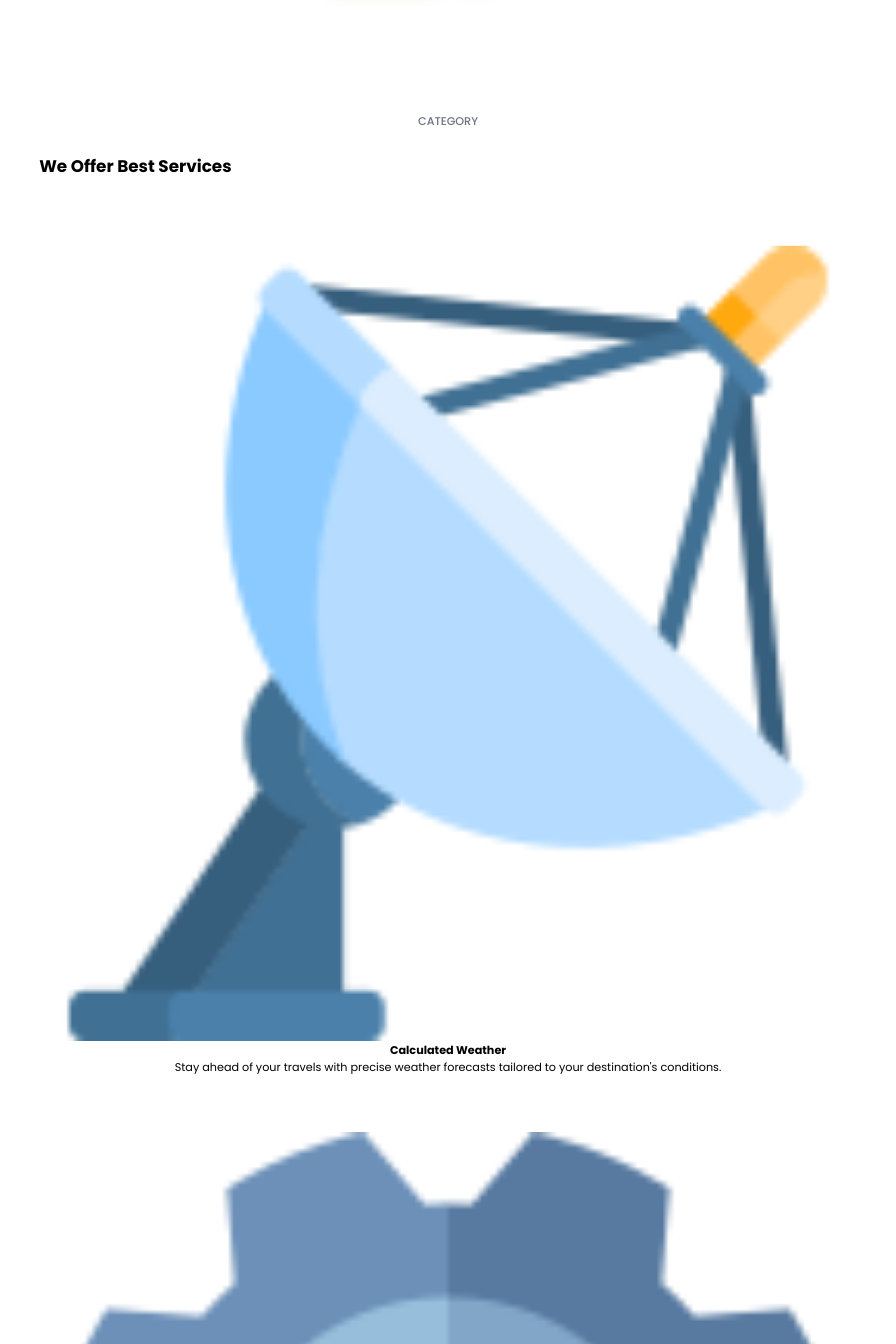
Repository: ntandomagana/travel-website
Page: index.html
The author's editor kept a copy of each file at every save. The page is drawn from the files as they stood at one save, then again after the next save.
The browser window is 1280 px wide. The pictures show the part of the page from y = 1173 to 3093 px (the page is 11423 px tall), at 70% of full size.
The pointer rests on the first visible `.service-card`.

Above is the page before, as saved 2024-05-07 13:19:36.

### index.html
<!DOCTYPE html>
<html lang="en">
  <head>
    <meta charset="UTF-8" />
    <meta name="viewport" content="width=device-width, initial-scale=1.0" />
    <link
      href="https://cdn.jsdelivr.net/npm/remixicon@4.2.0/fonts/remixicon.css"
      rel="stylesheet"
    />
    <link
      rel="stylesheet"
      href="https://cdn.jsdelivr.net/npm/swiper@11/swiper-bundle.min.css"
    />
    <link rel="stylesheet" href="style.css" />
    <title>Travel Website</title>
  </head>
  <body>
    <nav>
      <div class="nav-header">
        <div class="logo">
          <a href="#" class="logo">Travel<span>S</span>.</a>
        </div>
        <div class="nav-menu-btn" id="menu-btn">
          <i class="ri-menu-line"></i>
        </div>
      </div>

      <ul class="nav-links" id="nav-links">
        <li><a href="#home">Home</a></li>
        <li><a href="#service">Services</a></li>
        <li><a href="#destination">Destinations</a></li>
        <li><a href="#trips">Trips</a></li>
        <li><a href="#client">Clients</a></li>
      </ul>
    </nav>

    <header class="section-container header-container" id="home">
      <div class="header-image">
        <img src="assets/header.png" alt="header" />
      </div>
      <div class="header-content">
        <h3 class="section-subheader">BEST DESTINATIONS AROUND THE WORLD</h3>
        <h1>Travel, enjoy and live a new full life</h1>
        <p>
          It's an invitation to break free from the ordinary, immerse yourself
          in diverse cultures, and embrace the beauty of the world around you.
          Let every journey be a chapter in your story of living life to its
          fullest potential.
        </p>
        <div class="header-btns">
          <button class="btn">Find out more</button>
          <a href="#">
            <span><i class="ri-play-fill"></i></span>
            Play Demo
          </a>
        </div>
      </div>
    </header>

    <section class="section-container service-container" id="service">
      <h3 class="section-subheader">CATEGORY</h3>
      <h2 class="section-header">We Offer Best Services</h2>
      <div class="service-grid">
        <div class="service-card">
          <img src="assets/weather.png" alt="service" />
          <h4>Calculated Weather</h4>
          <p>
            Stay ahead of your travels with precise weather forecasts tailored
            to your destination's conditions.
          </p>
        </div>
        <div class="service-card">
          <img src="assets/customisation.png" alt="service" />
          <h4>Customizations</h4>
          <p>
            Tailor your journey with personalized customizations, ensuring every
            detail reflects your unique travel style.
          </p>
        </div>
      </div>
    </section>

    <section class="section-container destination-container" id="destination">
      <h3 class="section-subheader">TOP SELLING</h3>
      <h2 class="section-header">Top Destinations</h2>
      <div class="destination-grid">
        <div class="destination-card">
          <img src="assets/destination-1.jpg" alt="destination" />
          <div class="destination-details">
            <div>
              <h4>Rome, Italy</h4>
              <h4>$5.42k</h4>
            </div>
            <p>
              <span><i class="ri-navigation-fill"></i></span>
              10 days trip
            </p>
          </div>
        </div>
        <div class="destination-card">
          <img src="assets/destination-3.jpg" alt="destination" />
          <div class="destination-details">
            <div>
              <h4>Full Europe</h4>
              <h4>$15k</h4>
            </div>
            <p>
              <span><i class="ri-navigation-fill"></i></span>
              28 Days Trip
            </p>
          </div>
        </div>
      </div>
    </section>

    <section class="section-container trip-container" id="trip">
      <div class="trip-image">
        <img src="assets/trip.png" />
      </div>
      <div class="trip-content">
        <h3 class="section-subheader">EASY & FAST</h3>
        <h2 class="section-header">Book Your Next Trip in 3 Easy Steps</h2>
        <ul class="trip-list">
          <li>
            <span><i class="ri-signpost-line"></i></span>
            <div>
              <h4>Choose Destination</h4>
              <p>
                Choose your dream destination from our curated selection of
                exotic locales, bustling cities, and serene getaways.
              </p>
            </div>
          </li>

          <li>
            <span><i class="ri-secure-payment-line"></i></span>
            <div>
              <h4>Reach Airport on Selected Date</h4>
              <p>
                Prepare for takeoff as you finalize your travel plans, arriving
                at the airport on your selected date ready to embark on your
                next unforgettable journey.
              </p>
            </div>
          </li>
        </ul>
      </div>
    </section>

    <section class="section-container clinet-container" id="client">
      <div class="client-content">
        <h3 class="section-subheader">TESTIMONIALS</h3>
        <h2 class="section-header">What People Say About Us</h2>
      </div>
      <div class="client-swiper">
        <!--Slider main container-->
        <div class="swiper">
          <!--Additional required wrapper-->
          <div class="swiper-wrapper">
            <!--Slides-->
            <div class="swiper-slide">
              <div class="client-card">
                <img src="assets/client-1.jpg" alt="client" />
                <div class="client-card-content">
                  <p>
                    Booking my trips through this platform has been a
                    game-changer! From the intuitive interface to the seamless
                    booking process, I've never felt more excited to explore new
                    destinations.
                  </p>
                  <h4>Emily Watson</h4>
                  <h5>Travel Enthusiast</h5>
                </div>
              </div>
            </div>
            <div class="swiper-slide">
              <div class="client-card">
                <img src="assets/client-2.jpg" alt="client" />
                <div class="client-card-content">
                  <p>
                    As a busy professional, time is of the essence. This website
                    made planning my vacation a breeze, allowing me to focus on
                    what matters most: making memories with my family.
                  </p>
                  <h4>David Nguyen</h4>
                  <h5>Business Executive</h5>
                </div>
              </div>
            </div>

            <div class="swiper-slide">
              <div class="client-card">
                <img src="assets/client-3.jpg" alt="client" />
                <div class="client-card-content">
                  <p>
                    I've been using this service for years, and it never
                    disappoints. The convenience of booking my flights,
                    accommodations, and activities all in one place saves me
                    time and stress every trip.
                  </p>
                  <h4>Michael Johnson</h4>
                  <h5>Frequent Flyer</h5>
                </div>
              </div>
            </div>
          </div>
        </div>
      </div>
    </section>

    <footer class="footer">
      <div class="section-container footer-container">
        <div class="footer-col">
          <div class="footer-logo">
            <a href="#" class="logo">Travel<span>S</span>.</a>
          </div>
          <p>
            Our platform is your passport to seamless adventures, offering a
            curated selection of destinations and a user-friendly booking
            experience.
          </p>
        </div>
        <div class="footer-col">
            <h4>Company</h4>
            <ul class="footer-links">
                <li><a href="#">About</a></li>
                <li><a href="#">Careers</a></li>
                <li><a href="#">Mobile</a></li>
            </ul>
        </div>
        <div class="footer-col">
          <h4>Contact</h4>
          <ul class="footer-links">
            <li><a href="#">Help/FAQ</a></li>
            <li><a href="#">Press</a></li>
            <li><a href="#">Affiliates</a></li>
          </ul>
        </div>
        <div class="footer-col">
          <ul class="footer-socials">
            <li>
              <a href="#"><i class="ri-facebook-fill"></i></a>
            </li>
            <li>
              <a href="#"><i class="ri-instagram-line"></i></a>
            </li>
            <li>
              <a href="#"><i class="ri-twitter-fill"></i></a>
            </li>
          </ul>
          <h5>Discover our app</h5>
          <div class="footer-discover">
            <a href="#"><img src="assets/google-play.jpg" alt="discover" /></a>
            <a href="#"><img src="assets/app-store.jpg" alt="discover" /></a>
          </div>
        </div>
      </div>
      <div class="footer-bar">
        Copyright © 2024 TravelS. All rights reserved.
      </div>
    </footer>

    <script src="https://unpkg.com/scrollreveal"></script>
    <script src="https://cdn.jsdelivr.net/npm/swiper@11/swiper-bundle.min.js"></script>
    <script src="main.js"></script>

      </div>

    </footer>
  </body>
</html>

### style.css
@import url("https://fonts.googleapis.com/css2?family=Poppins:ital,wght@0,100;0,200;0,300;0,400;0,500;0,600;0,700;0,800;0,900;1,100;1,200;1,300;1,400;1,500;1,600;1,700;1,800;1,900&display=swap");

:root {
  --primary-color: #e06951;
  --text-dark: #111827;
  --text-light: #6b7280;
  --white: #ffffff;
  --max-width: 1200px;
}

* {
  padding: 0;
  margin: 0;
  box-sizing: border-box;
}

html,
body {
  scroll-behavior: smooth;
}

body {
  font-family: "Poppins", sans-serif;
  background-image: url(assets/header-bg.png);
  background-size: contain;
  background-position: top center;
  background-repeat: no-repeat;
}

nav {
  position: fixed;
  isolation: isolate;
  width: 100%;
  max-width: var(--max-width);
  margin-inline: auto;
  z-index: 9;
}

.nav-header {
  padding: 1rem;
  width: 100%;
  display: flex;
  align-items: center;
  justify-content: space-between;
  background-color: var(--text-dark);
}

.nav-header .logo {
  color: var(--white);
}

.nav-menu-btn {
  font-size: 1rem;
  color: var(--white);
  cursor: pointer;
}

.nav-links {
  position: absolute;
  top: 65px;
  left: 0;
  width: 100%;
  list-style: none;
  display: flex;
  align-items: center;
  justify-content: center;
  flex-direction: column;
  gap: 2rem;
  padding: 2rem;
  background-color: var(--text-dark);
  transition: 0.5s;
  z-index: -1;
  transform: translateY(-100%);
}

.nav-links.open {
  transform: translateY(0);
}

.nav-links a {
  font-weight: 500;
  white-space: nowrap;
  color: var(--white);
}

.nav-links a:hover {
  color: var(--primary-color);
}

.section-container {
  max-width: var(--max-width);
  margin: auto;
  padding: 5rem 1rem;
}

.section-subheader {
  margin-bottom: 1rem;
  font-size: 1rem;
  font-weight: 500;
  line-height: 3.75rem;
  color: var(--text-light);
  text-align: center;
}

.logo {
  font-size: 1.75rem;
  font-weight: 600;
  color: var(--text-dark);
}

.logo span {
  color: var(--primary-color);
}

img {
  display: flex;
  width: 100%;
}

a {
  text-decoration: none;
  transition: 0.4s;
}

ul {
  list-style: none;
}

.header-container {
  display: grid;
  gap: 2rem;
  overflow: hidden;
}

.header-image img {
  max-width: 550px;
  margin-inline: auto;
}

.header-content .section-subheader {
  font-size: 1.2rem;
  color: var(--primary-color);
}

.header-content h1 {
  margin-bottom: 1rem;
  font-size: 4.75rem;
  font-weight: 500;
  line-height: 5.5rem;
  color: var(--text-dark);
  text-align: center;
}

.header-content p {
  margin-bottom: 2rem;
  line-height: 2rem;
  color: var(--text-light);
  text-align: center;
}

.header-btns {
  display: flex;
  align-items: center;
  justify-content: center;
  gap: 2rem;
}

.header-btns .btn {
  padding: 1rem 1.5rem;
  outline: none;
  border: none;
  font-size: 1rem;
  color: var(--white);
  background-color: #f1a501;
  border-radius: 5px;
  box-shadow: 2px 2px 20px rgba(241, 165, 1, 0.5);
  cursor: pointer;
}

.header-btns a {
  display: flex;
  align-items: center;
  gap: 1rem;
  font-size: 1rem;
  font-weight: 500;
  color: var(--text-light);
  transition: 0.3s;
}

.header-btns a:hover {
  color: var(--text-dark);
}

.header-btns a span {
  padding: 6px 12px;
  font-size: 1.5rem;
  color: var(--white);
  background-color: var(--primary-color);
  box-shadow: 2px 2px 20px rgba(224, 105, 81, 0.5);
  border-radius: 100%;
}

.service-grid {
    margin-top: 4rem;
    display: grid;
    gap: 1rem;
}

.service-card {
    padding: 2rem 1rem;
    text-align: center;
    border-radius: 2rem;
    transition: 0.3s;
}

.service-card:hover {

}

Loaded but not shown: main.js (no copy from this time; the picture is the same without it)

After the next save:
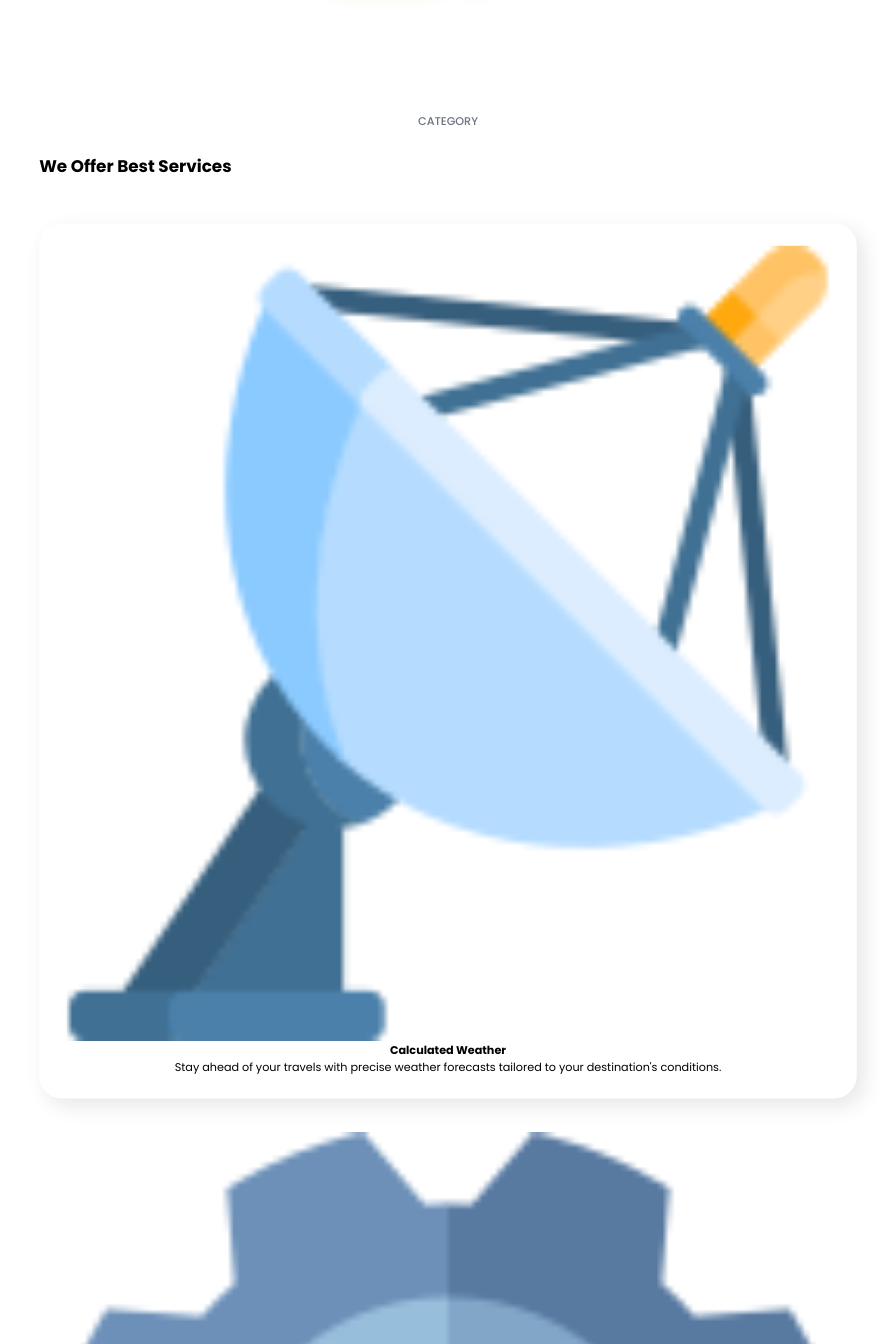
Saved 8 s later.
--- a/style.css
+++ b/style.css
@@ -214,5 +214,5 @@ ul {
 }
 
 .service-card:hover {
-
-}
+    box-shadow: 10px 10px 30px rgba(0, 0, 0, 0.1);
+}
